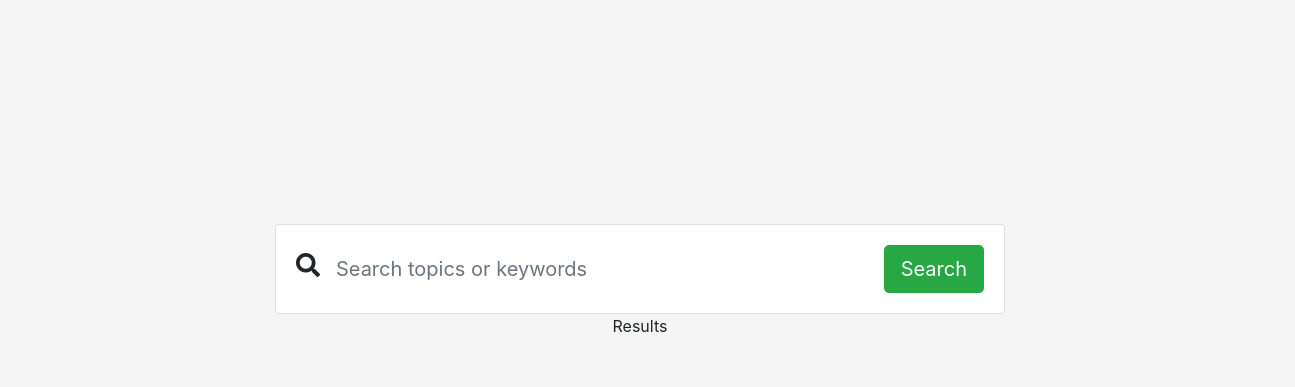
Repository: roistyx/ask-ChatGBT-travel-recommendations
Page: Backend/src/views/search.html
An editor plug-in stored every save of this project. The page is shown before and after the next save, followed by the edit.
The browser window is 1280 px wide. The page is 1295 px wide, so the pictures cover 1295 px, including what lies to the right of the window. The pictures show the whole page.
Some web libraries are served in a nearby version.

Above is the page before, as saved 2023-03-20 12:24:54.
Console error: TypeError: Cannot read properties of undefined (reading 'fn')

After the next save:
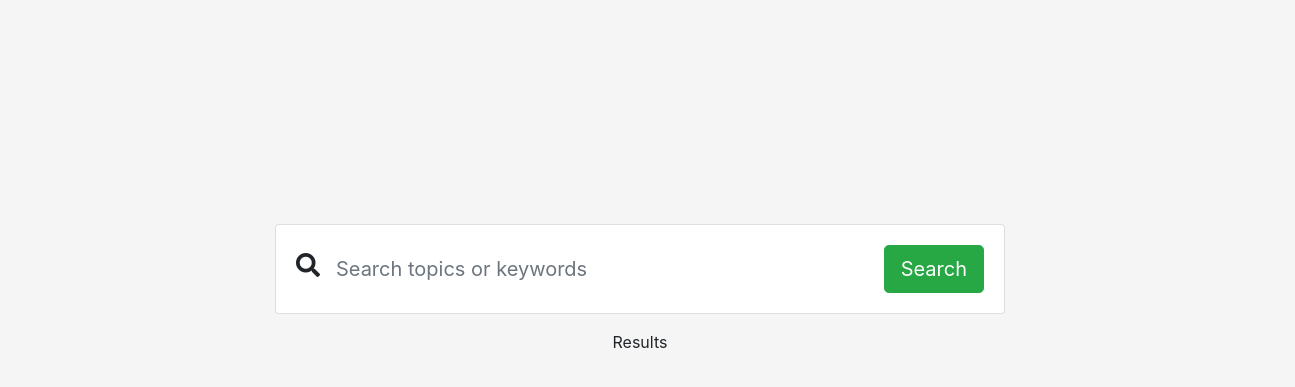
Saved 10 s later.
--- a/Backend/src/views/search.html
+++ b/Backend/src/views/search.html
@@ -40,7 +40,7 @@
 
         </div>
     </div>
-    <div class="row justify-content-center">Results</div>
+    <div class="row justify-content-center pt-3">Results</div>
 
 </body>
 </html>
